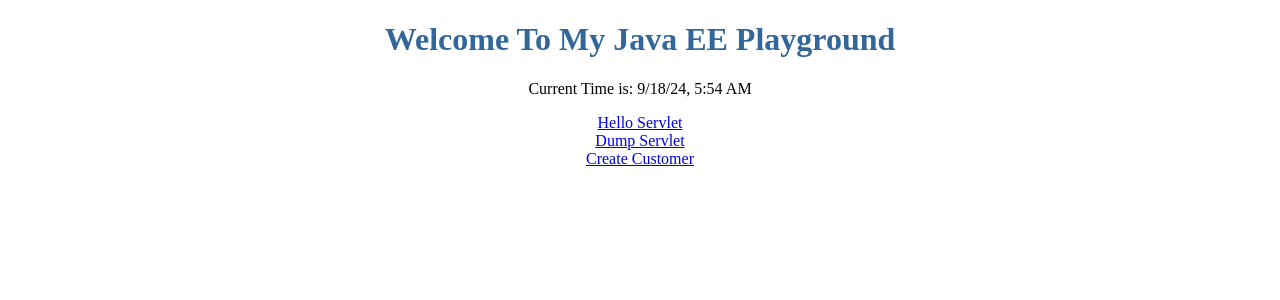
Repository: stanleydk4/JAVA_EE
Page: http://localhost/myWeb/
The author's editor kept a copy of each file at every save. The page is drawn from the files as they stood at one save, then again after the next save.
The browser window is 1280 px wide. The pictures show the whole page.
The page is served by Tomcat 10. Other server files are loaded and not shown.

Above is the page before, as saved 2024-09-19 07:18:36.

### myWeb/src/main/webapp/index.jsp
<%@page import="java.text.SimpleDateFormat"%>
<%@page import="java.util.Date"%>
<%@ page language="java" contentType="text/html; charset=UTF-8"
    pageEncoding="UTF-8"%>
<!DOCTYPE html>
<html>
<head>
<meta charset="UTF-8">
<title>Welcome</title>
<link href="style/myStyle.css" rel="stylesheet" ></link>
</head>
<body>
	<h1>Welcome To My Java EE Playground</h1>
	<p>Current Time is: <%= SimpleDateFormat.getInstance().format(new Date()) %></p>
	<p>
		<a href ="admin/hello.aspx">Hello Servlet</a><br/>
		<a href ="admin/dump.view">Dump Servlet</a><br/>
		<a href ="customer/createCustomer.jsp">Create Customer</a>
	</p>
</body>
</html>

### myWeb/src/main/webapp/style/myStyle.css
@charset "UTF-8";
body {
	text-align: center;
	margin: auto;
}
h1,h2 {
	color:#369;
}

After the next save:
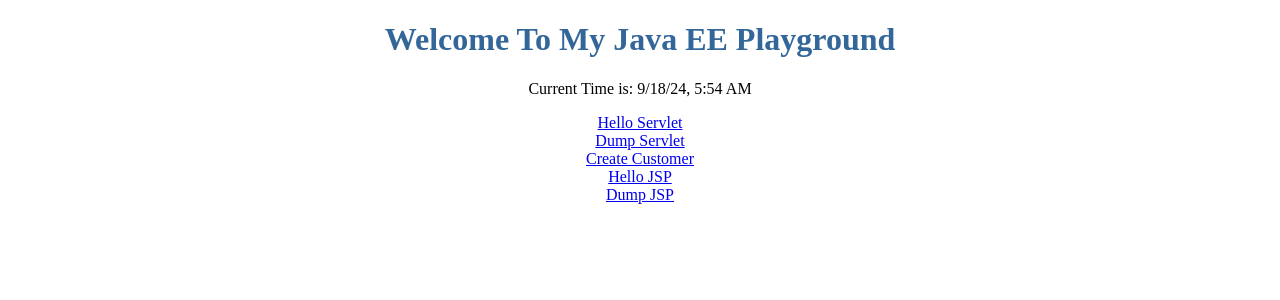
Saved 3 min 31 s later.
--- a/myWeb/src/main/webapp/index.jsp
+++ b/myWeb/src/main/webapp/index.jsp
@@ -15,7 +15,9 @@
 	<p>
 		<a href ="admin/hello.aspx">Hello Servlet</a><br/>
 		<a href ="admin/dump.view">Dump Servlet</a><br/>
-		<a href ="customer/createCustomer.jsp">Create Customer</a>
+		<a href ="customer/createCustomer.jsp">Create Customer</a><br/>
+		<a href ="admin/hello.jsp">Hello JSP</a><br/>
+		<a href ="admin/dump.jsp">Dump JSP</a><br/>
 	</p>
 </body>
 </html>
